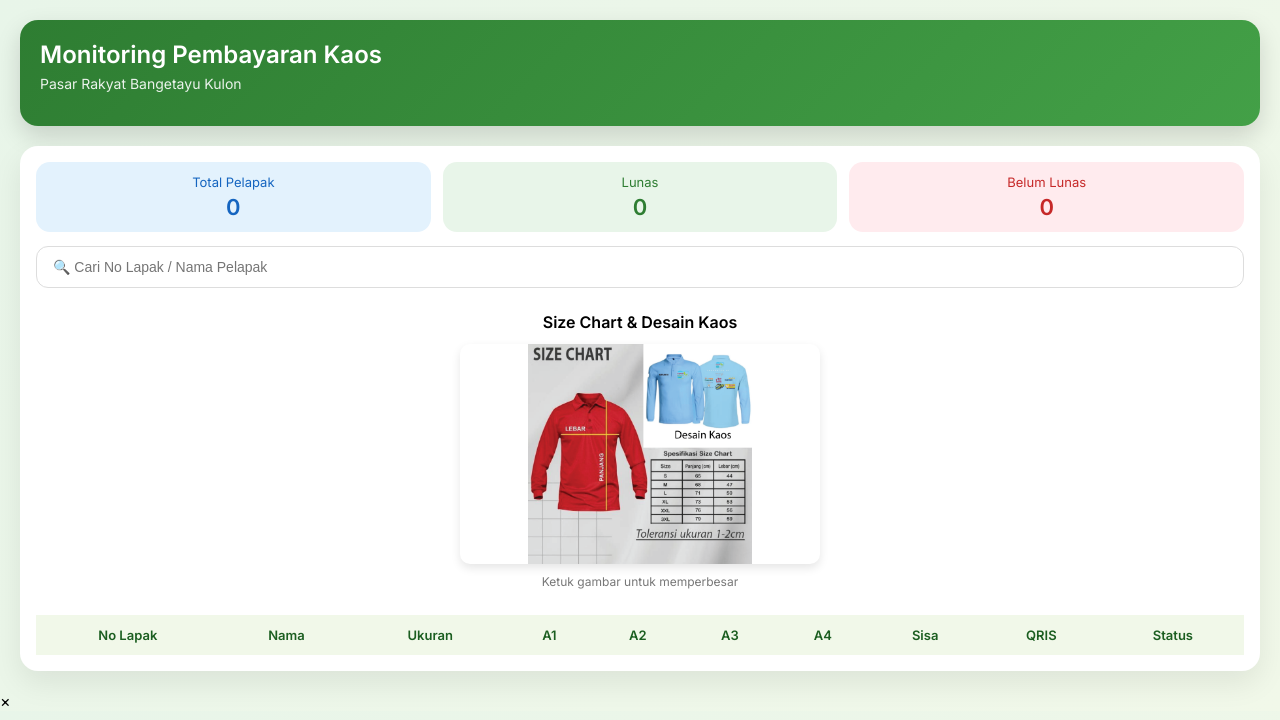
Repository: pasarrakyatbak/monitoringpembayarankaos
Page: index.html
These files come from the project's save history. The page is drawn as it stood at one moment and after a run of saves; the edit follows.
The browser window is 1280 px wide. The pictures show the whole page.
The page's requests for data from a server got no answer.

Above is the page before, as saved 2026-01-04 14:22:11.

### index.html
<!DOCTYPE html>
<html lang="id">

<head>
    <meta charset="UTF-8">
    <meta name="viewport" content="width=device-width, initial-scale=1.0">
    <title>Monitoring Pembayaran Kaos</title>

    <!-- FONT -->
    <link rel="preconnect" href="https://fonts.googleapis.com">
    <link rel="preconnect" href="https://fonts.gstatic.com" crossorigin>
    <link href="https://fonts.googleapis.com/css2?family=Inter:wght@400;500;600&display=swap" rel="stylesheet">

    <link rel="stylesheet" href="style.css">
</head>

<body>

    <div class="app">

        <!-- HEADER -->
        <header class="header">
            <h1>Monitoring Pembayaran Kaos</h1>
            <p>Pasar Rakyat Bangetayu Kulon</p>
        </header>

        <!-- CARD -->
        <div class="card">

            <!-- RINGKASAN -->
            <div class="summary" id="summary">
                <div class="summary-card total">
                    <span>Total Pelapak</span>
                    <strong id="totalPelapak">0</strong>
                </div>
                <div class="summary-card lunas">
                    <span>Lunas</span>
                    <strong id="totalLunas">0</strong>
                </div>
                <div class="summary-card belum">
                    <span>Belum Lunas</span>
                    <strong id="totalBelum">0</strong>
                </div>
            </div>

            <!-- TOOLBAR -->
            <div class="toolbar">
                <input type="text" id="searchInput" placeholder="🔍 Cari No Lapak / Nama Pelapak">
            </div>

            <!-- ====== SECTION GAMBAR KAOS ====== -->
            <section class="kaos-section">
                <h2>Size Chart & Desain Kaos</h2>

                <div class="kaos-image-wrapper">
                    <img src="assets/img/kaos.png" alt="Size Chart dan Desain Kaos" class="kaos-image" id="kaosImage">
                    <p class="hint">Ketuk gambar untuk memperbesar</p>
                </div>
            </section>

            <!-- DESKTOP TABLE -->
            <div class="desktop-view">
                <table>
                    <thead>
                        <tr>
                            <th>No Lapak</th>
                            <th>Nama</th>
                            <th>Ukuran</th>
                            <th>A1</th>
                            <th>A2</th>
                            <th>A3</th>
                            <th>A4</th>
                            <th>Sisa</th>
                            <th>QRIS</th>
                            <th>Status</th>
                        </tr>
                    </thead>
                    <tbody id="tableBody"></tbody>
                </table>
            </div>

            <!-- MOBILE CARD -->
            <div class="mobile-view" id="cardContainer"></div>

        </div>
    </div>

    <!-- ===== MODAL ZOOM GAMBAR ===== -->
    <div class="image-modal hidden" id="imageModal">
        <span class="close">&times;</span>
        <img class="modal-content" id="modalImg">
    </div>

    <!-- ===== LOADING OVERLAY ===== -->
    <div id="loadingOverlay" class="loading-overlay hidden">
        <div class="spinner"></div>
        <p>Memuat data...</p>
    </div>
    <script src="script.js"></script>
    <!-- LOADING OVERLAY -->
    <div id="loadingOverlay" class="loading-overlay hidden">
        <div class="spinner"></div>
        <p>Memuat data...</p>
    </div>
</body>

</html>

### style.css
* {
  box-sizing: border-box;
}

body {
  margin: 0;
  font-family: 'Inter', sans-serif;
  background: linear-gradient(135deg, #e8f5e9, #f1f8e9);
}

.app {
  max-width: 1400px;
  margin: auto;
  padding: 20px;
}

/* ================= HEADER ================= */
.header {
  background: linear-gradient(135deg, #2e7d32, #43a047);
  color: #fff;
  padding: 20px;
  border-radius: 18px;
  box-shadow: 0 10px 25px rgba(0, 0, 0, .15);
}

.header h1 {
  margin: 0;
  font-size: 24px;
}

.header p {
  margin-top: 6px;
  opacity: .9;
  font-size: 14px;
}

/* ================= CARD ================= */
.card {
  margin-top: 20px;
  background: #fff;
  border-radius: 18px;
  padding: 16px;
  box-shadow: 0 12px 30px rgba(0, 0, 0, .08);
}

/* ================= SUMMARY ================= */
.summary {
  display: grid;
  grid-template-columns: repeat(3, 1fr);
  gap: 12px;
  margin-bottom: 14px;
}

.summary-card {
  background: #f5f5f5;
  border-radius: 14px;
  padding: 12px;
  text-align: center;
  font-size: 13px;
}

.summary-card strong {
  display: block;
  font-size: 22px;
  margin-top: 4px;
}

.summary-card.total {
  background: #e3f2fd;
  color: #1565c0;
}

.summary-card.lunas {
  background: #e8f5e9;
  color: #2e7d32;
}

.summary-card.belum {
  background: #ffebee;
  color: #c62828;
}

/* ================= TOOLBAR ================= */
.toolbar input {
  width: 100%;
  padding: 12px 16px;
  border-radius: 12px;
  border: 1px solid #ddd;
  font-size: 14px;
}

.toolbar input:focus {
  outline: none;
  border-color: #2e7d32;
}

/* ================= TABLE ================= */
.desktop-view {
  overflow-x: auto;
}

table {
  width: 100%;
  border-collapse: collapse;
  margin-top: 14px;
  min-width: 1000px;
}

thead th {
  background: #f1f8e9;
  color: #1b5e20;
  padding: 12px;
  font-size: 13px;
  position: sticky;
  top: 0;
}

tbody td {
  padding: 12px;
  font-size: 13px;
  text-align: center;
  border-bottom: 1px solid #eee;
}

tbody tr:hover {
  background: #fafafa;
}

/* 🔴 AUTO MERAH BELUM LUNAS */
tr.belum-lunas {
  background: #ffebee !important;
}

tr.belum-lunas:hover {
  background: #ffcdd2 !important;
}

/* ================= BADGE ================= */
.badge {
  padding: 4px 10px;
  border-radius: 20px;
  font-size: 12px;
  font-weight: 600;
}

.badge-lunas {
  background: #e8f5e9;
  color: #2e7d32;
}

.badge-belum {
  background: #fff3e0;
  color: #ef6c00;
}

.badge-yes {
  background: #e3f2fd;
  color: #1565c0;
}

.badge-no {
  background: #fce4ec;
  color: #c2185b;
}

/* ================= MOBILE CARD ================= */
.mobile-view {
  display: none;
  margin-top: 16px;
  gap: 14px;
}

.pelapak-card {
  background: #fff;
  border-radius: 16px;
  padding: 14px;
  box-shadow: 0 8px 20px rgba(0, 0, 0, .08);
  border-left: 6px solid #2e7d32;
}

/* 🔴 CARD MERAH BELUM LUNAS */
.pelapak-card.belum-lunas {
  border-left-color: #c62828;
  background: #fff5f5;
}

.pelapak-header {
  display: flex;
  justify-content: space-between;
  align-items: center;
}

.lapak {
  font-weight: 600;
  color: #1b5e20;
}

.nama {
  font-size: 13px;
  color: #555;
}

.pelapak-body {
  margin-top: 10px;
  display: grid;
  grid-template-columns: repeat(2, 1fr);
  gap: 8px;
}

.item {
  background: #f1f8e9;
  border-radius: 10px;
  padding: 8px;
  text-align: center;
  font-size: 12px;
}

.item span {
  display: block;
  font-size: 11px;
  color: #666;
}

.summary {
  display: grid;
  grid-template-columns: repeat(3, 1fr);
  gap: 12px;
  margin-bottom: 14px;
}

.summary-card {
  border-radius: 14px;
  padding: 12px;
  text-align: center;
  font-size: 13px;
}

.summary-card strong {
  display: block;
  font-size: 22px;
  margin-top: 4px;
}

.summary-card.total {
  background: #e3f2fd;
  color: #1565c0;
}

.summary-card.lunas {
  background: #e8f5e9;
  color: #2e7d32;
}

.summary-card.belum {
  background: #ffebee;
  color: #c62828;
}

/* ================= LOADING ================= */
.loading-overlay {
  position: fixed;
  top: 0;
  left: 0;
  width: 100%;
  height: 100%;
  background: rgba(255, 255, 255, 0.85);
  display: flex;
  flex-direction: column;
  align-items: center;
  justify-content: center;
  z-index: 9999;
  backdrop-filter: blur(4px);
}

.loading-overlay p {
  margin-top: 12px;
  font-size: 14px;
  color: #2e7d32;
  font-weight: 500;
}

.loading-overlay.hidden {
  display: none;
}

.spinner {
  width: 48px;
  height: 48px;
  border: 5px solid #e0e0e0;
  border-top: 5px solid #2e7d32;
  border-radius: 50%;
  animation: spin 1s linear infinite;
}

@keyframes spin {
  to {
    transform: rotate(360deg);
  }
}

/* =============================
   SECTION GAMBAR KAOS
============================= */
.kaos-section {
  margin-top: 24px;
  text-align: center;
}

.kaos-section h2 {
  font-size: 16px;
  font-weight: 600;
  margin-bottom: 12px;
}

/* WRAPPER */
.kaos-image-wrapper {
  max-width: 360px;
  /* BATAS LEBAR */
  margin: 0 auto;
}

/* GAMBAR */
.kaos-image {
  width: 100%;
  max-height: 220px;
  /* BATAS TINGGI */
  object-fit: contain;
  border-radius: 10px;
  cursor: zoom-in;
  box-shadow: 0 4px 10px rgba(0, 0, 0, .1);
}

/* TEKS HINT */
.hint {
  font-size: 12px;
  color: #777;
  margin-top: 6px;
}

/* =============================
   RESPONSIVE DESKTOP
============================= */
/* ================= RESPONSIVE ================= */
@media (max-width: 768px) {
  .summary {
    grid-template-columns: 1fr;
  }

  .kaos-image-wrapper {
    max-width: 420px;
  }

  .kaos-image {
    max-height: 260px;
  }

  .desktop-view {
    display: none;
  }

  .mobile-view {
    display: grid;
    grid-template-columns: 1fr;
    gap: 16px;
  }

  .summary {
    grid-template-columns: 1fr;
  }

  .lapak {
    font-size: 16px;
  }

  .nama {
    font-size: 14px;
  }

  .pelapak-body {
    font-size: 13px;
  }

  .item.full {
    grid-column: span 2;
  }

  .item strong {
    font-weight: 600;
    color: #2e7d32;
  }
}

### script.js
const API_URL = "https://script.google.com/macros/s/AKfycby4z2qZ24SrJkcyGpybH29lSUC_3_z1LG-7wSmTzpaOEXrwjXf0Cl3hqkg95qAxPj1-/exec";

let allData = [];

document.addEventListener('DOMContentLoaded', () => {
    const searchInput = document.getElementById('searchInput');
    const tableBody = document.getElementById('tableBody');
    const cardContainer = document.getElementById('cardContainer');

    const loadingOverlay = document.getElementById('loadingOverlay');

    // =============================
    // LOADING HELPER
    // =============================
    function showLoading() {
        loadingOverlay.classList.remove('hidden');
    }

    function hideLoading() {
        loadingOverlay.classList.add('hidden');
    }

    // =============================
    // LOAD DATA
    // =============================
    async function loadData() {
        try {
            showLoading();

            const res = await fetch(API_URL + "?action=list");
            const data = await res.json();

            allData = data;
            renderAll(data);
            renderSummary(data);

        } catch (err) {
            console.error(err);
            alert("Gagal memuat data");
        } finally {
            hideLoading();
        }
    }

    // =============================
    // SUMMARY
    // =============================
    function renderSummary(data) {
        const totalPelapak = data.length;
        const totalLunas = data.filter(d => d.lunas).length;
        const totalBelum = totalPelapak - totalLunas;

        document.getElementById('totalPelapak').textContent = totalPelapak;
        document.getElementById('totalLunas').textContent = totalLunas;
        document.getElementById('totalBelum').textContent = totalBelum;
    }

    // =============================
    // RENDER ALL
    // =============================
    function renderAll(data) {
        renderTable(data);
        renderCard(data);
    }

    // =============================
    // TABLE (DESKTOP)
    // =============================
    function renderTable(data) {
        tableBody.innerHTML = '';

        data.forEach((row, index) => {
            const statusText = row.lunas ? 'Lunas' : 'Belum';
            const statusBadge = row.lunas ? 'badge-lunas' : 'badge-belum';
            const rowClass = row.lunas ? '' : 'belum-lunas';

            tableBody.innerHTML += `
        <tr class="${rowClass}">
          <td>${row.noLapak}</td>
          <td>${row.nama}</td>
          <td>${row.ukuran}</td>
          <td>${row.a1}</td>
          <td>${row.a2}</td>
          <td>${row.a3}</td>
          <td>${row.a4}</td>
          <td>Rp ${Number(row.total).toLocaleString('id-ID')}</td>
          <td>
            <input type="checkbox" ${row.qris ? 'checked' : ''} data-index="${index}">
          </td>
          <td>
            <span class="badge ${statusBadge}">${statusText}</span>
          </td>
        </tr>
      `;
        });
    }

    // =============================
    // CARD (MOBILE)
    // =============================
    function renderCard(data) {
        cardContainer.innerHTML = '';

        data.forEach((row, index) => {
            const statusText = row.lunas ? 'Lunas' : 'Belum';
            const statusBadge = row.lunas ? 'badge-lunas' : 'badge-belum';
            const cardClass = row.lunas ? '' : 'belum-lunas';

            cardContainer.innerHTML += `
        <div class="pelapak-card ${cardClass}">
          <div class="pelapak-header">
            <div>
              <div class="lapak">Lapak ${row.noLapak}</div>
              <div class="nama">${row.nama}</div>
            </div>
            <span class="badge ${statusBadge}">${statusText}</span>
          </div>

          <div class="pelapak-body">
            <div class="item"><span>Ukuran</span><strong>${row.ukuran}</strong></div>
            <div class="item">
              <span>QRIS</span>
              <input type="checkbox" ${row.qris ? 'checked' : ''} data-index="${index}">
            </div>
            <div class="item"><span>A1</span><strong>${row.a1}</strong></div>
            <div class="item"><span>A2</span><strong>${row.a2}</strong></div>
            <div class="item"><span>A3</span><strong>${row.a3}</strong></div>
            <div class="item"><span>A4</span><strong>${row.a4}</strong></div>
            <div class="item full">
              <span>Total</span>
              <strong>Rp ${Number(row.total).toLocaleString('id-ID')}</strong>
            </div>
          </div>
        </div>
      `;
        });
    }

    // =============================
    // UPDATE QRIS (WITH LOADING)
    // =============================
    document.body.addEventListener('change', async (e) => {
        if (e.target.type === 'checkbox' && e.target.dataset.index !== undefined) {
            const index = e.target.dataset.index;

            try {
                showLoading();

                const formData = new FormData();
                formData.append("action", "updateQRIS");
                formData.append("index", index);
                formData.append("qris", e.target.checked ? "true" : "false");

                await fetch(API_URL, {
                    method: "POST",
                    body: formData
                });

                await loadData();
            } catch (err) {
                console.error(err);
                alert("Gagal update data");
            } finally {
                hideLoading();
            }
        }
    });

    // =============================
    // SEARCH
    // =============================
    searchInput.addEventListener('keyup', () => {
        const keyword = searchInput.value.toLowerCase();

        const filtered = allData.filter(item =>
            item.noLapak.toString().includes(keyword) ||
            item.nama.toLowerCase().includes(keyword)
        );

        renderAll(filtered);
        renderSummary(filtered);
    });

    // INIT
    loadData();
});

After the next 2 saves:
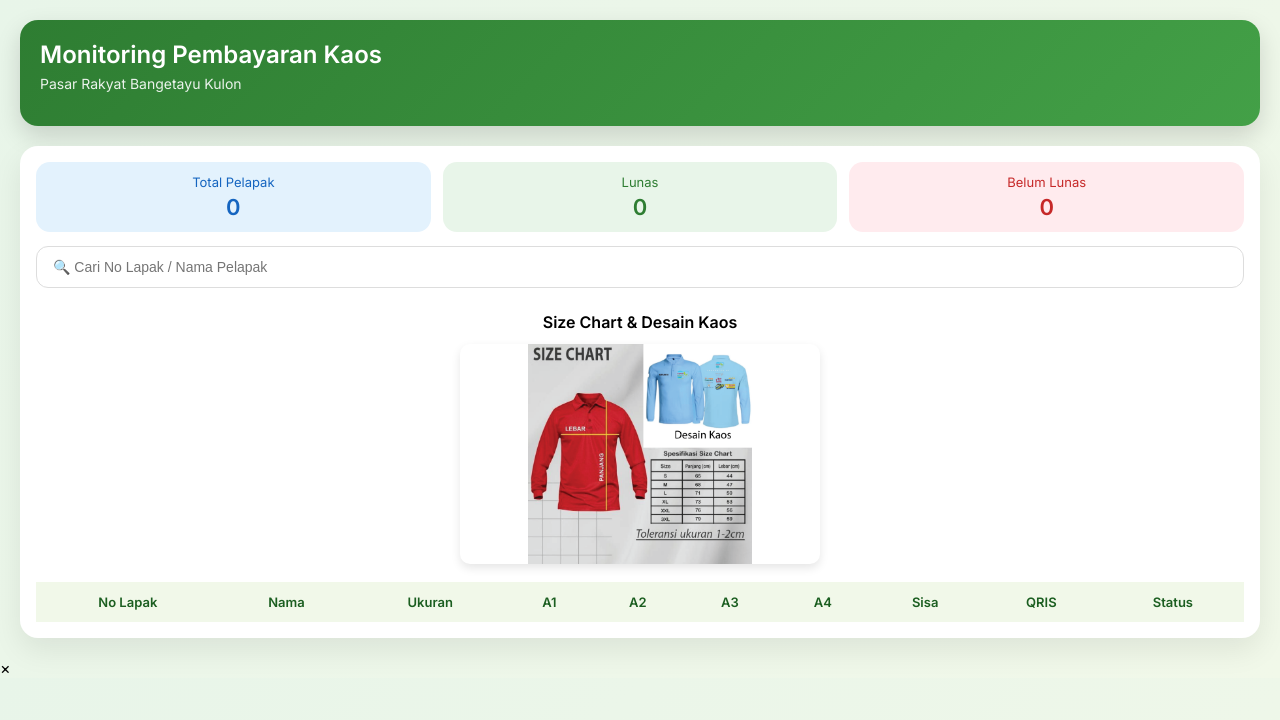
The 2 saves are shown as one change because they came seconds apart.
The last was saved 53 s later.
--- a/index.html
+++ b/index.html
@@ -54,7 +54,6 @@
 
                 <div class="kaos-image-wrapper">
                     <img src="assets/img/kaos.png" alt="Size Chart dan Desain Kaos" class="kaos-image" id="kaosImage">
-                    <p class="hint">Ketuk gambar untuk memperbesar</p>
                 </div>
             </section>
 
